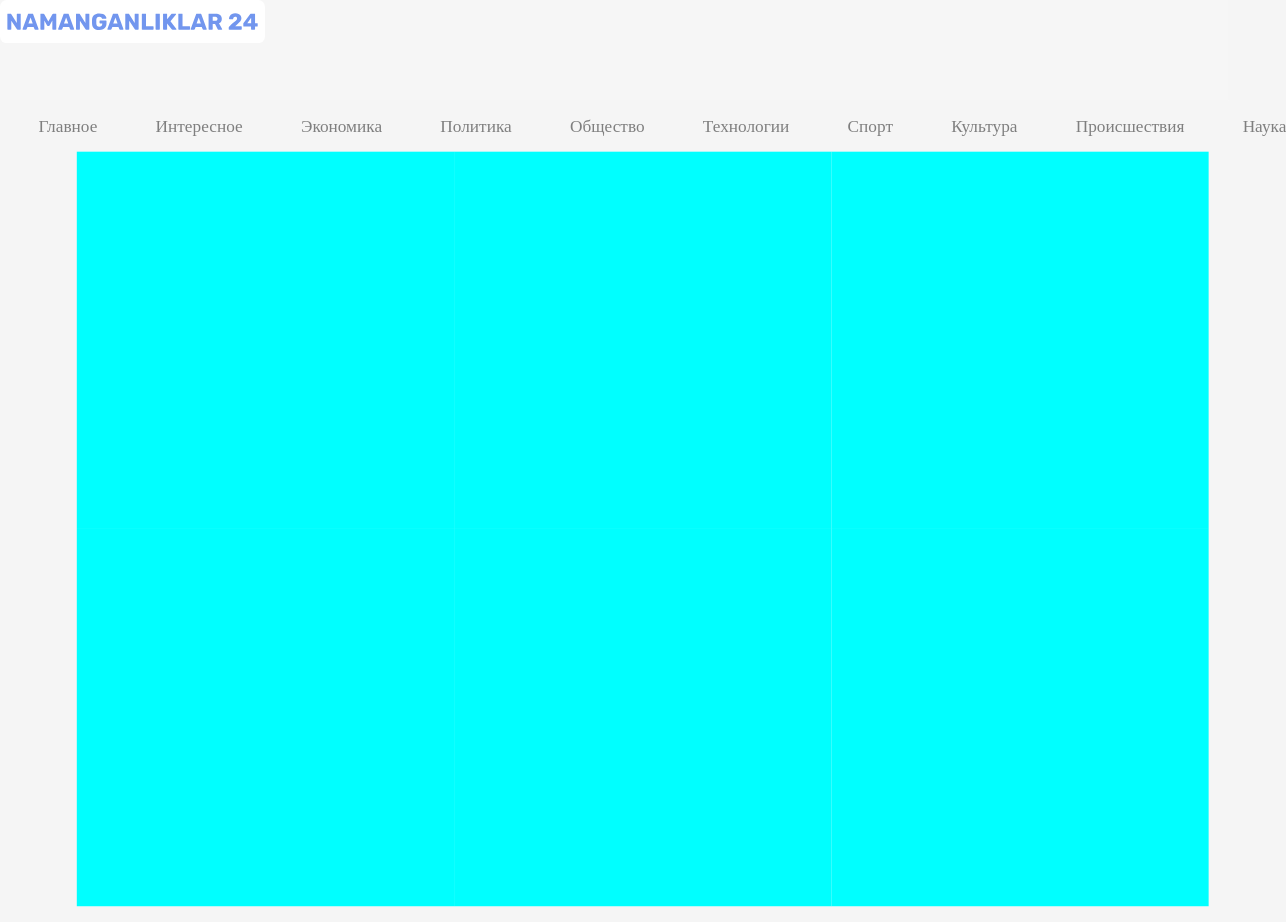
Repository: UlugbekAbdurasulov/projekt
Page: index.html
The author's editor kept a copy of each file at every save. The page is drawn from the files as they stood at one save, then again after a run of saves.
The browser window is 1280 px wide. The page is 1340 px wide, so the pictures cover 1340 px, including what lies to the right of the window. The pictures show the whole page, at 96% of full size.

Above is the page before, as saved 2023-05-29 16:21:33.

After the next 6 saves:
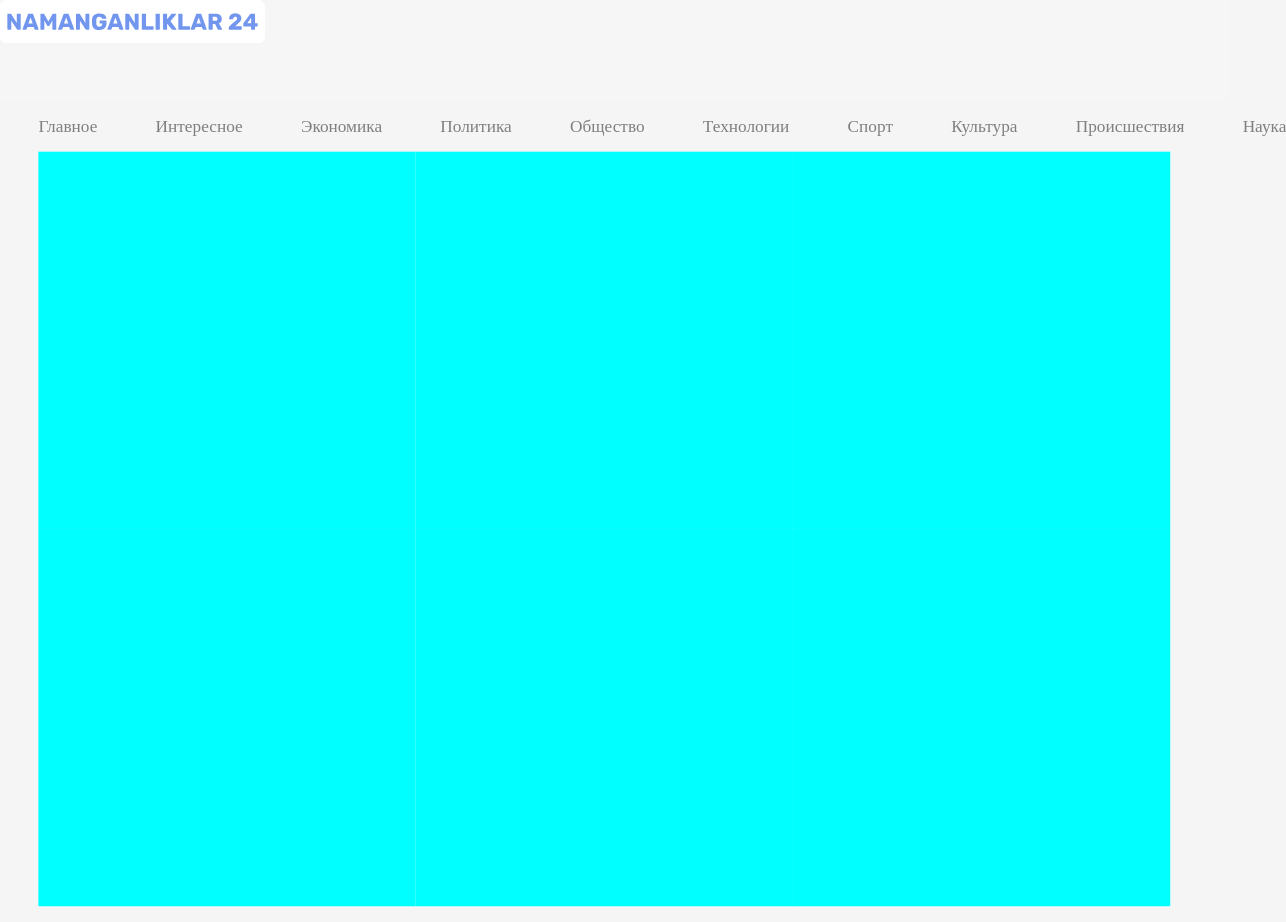
The 6 saves are shown as one change because they came seconds apart.
The last was saved 16 s later.
--- a/css/main.css
+++ b/css/main.css
@@ -47,6 +47,10 @@ color: #7F7F7F;
     flex-wrap: wrap;
 
   }
+  .box{
+    padding: 0;
+    margin: 0;
+  }
   .information{
     width: 393px;
     height: 393px;
